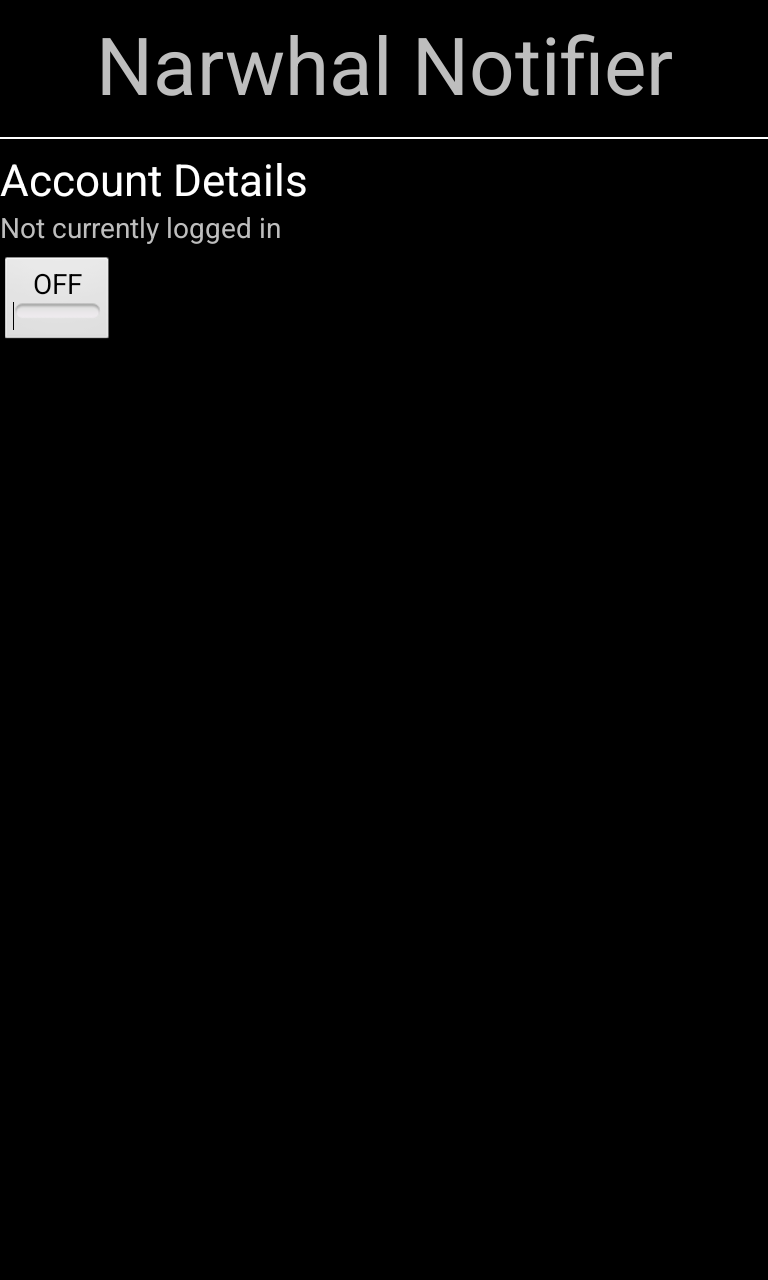
Repository: shawnbuso/NarwhalNotifier
Layout: Narwhal Notifier/res/layout/main.xml
The author's editor kept a copy of each file at every save. The layout is drawn from the files as they stood at one save, then again after the next save.
It is drawn on a 768 x 1280 px phone screen (xhdpi) without system bars, with theme android:Theme; the app's code is not run.

Above is the layout before, as saved 2012-01-11 18:33:20.

After the next save:
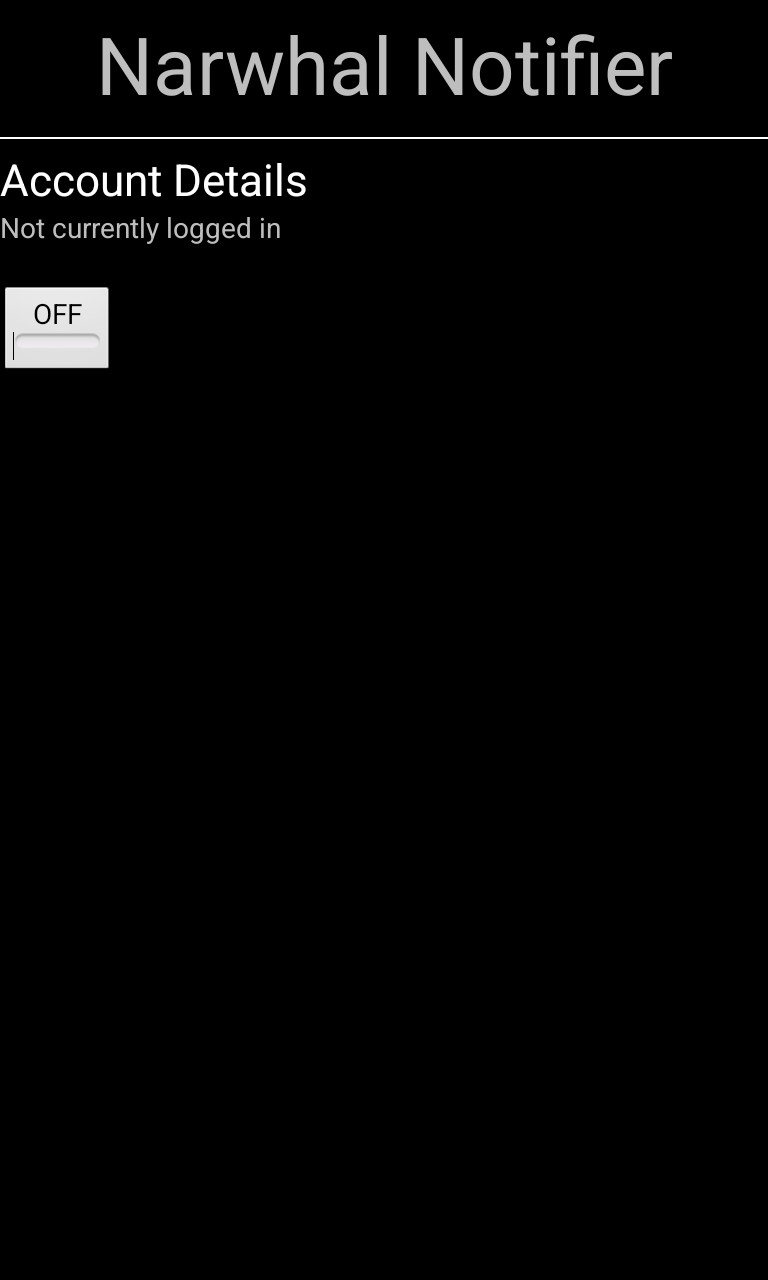
Saved 15 s later.
--- a/Narwhal Notifier/res/layout/main.xml
+++ b/Narwhal Notifier/res/layout/main.xml
@@ -31,7 +31,7 @@
         android:layout_width="wrap_content"
         android:layout_height="wrap_content"
         android:text="ToggleButton"
-		android:layout_marginTop="5dp"
+		android:layout_marginTop="20dp"
 		android:layout_marginBottom="5dp"/>
 
 </LinearLayout>
